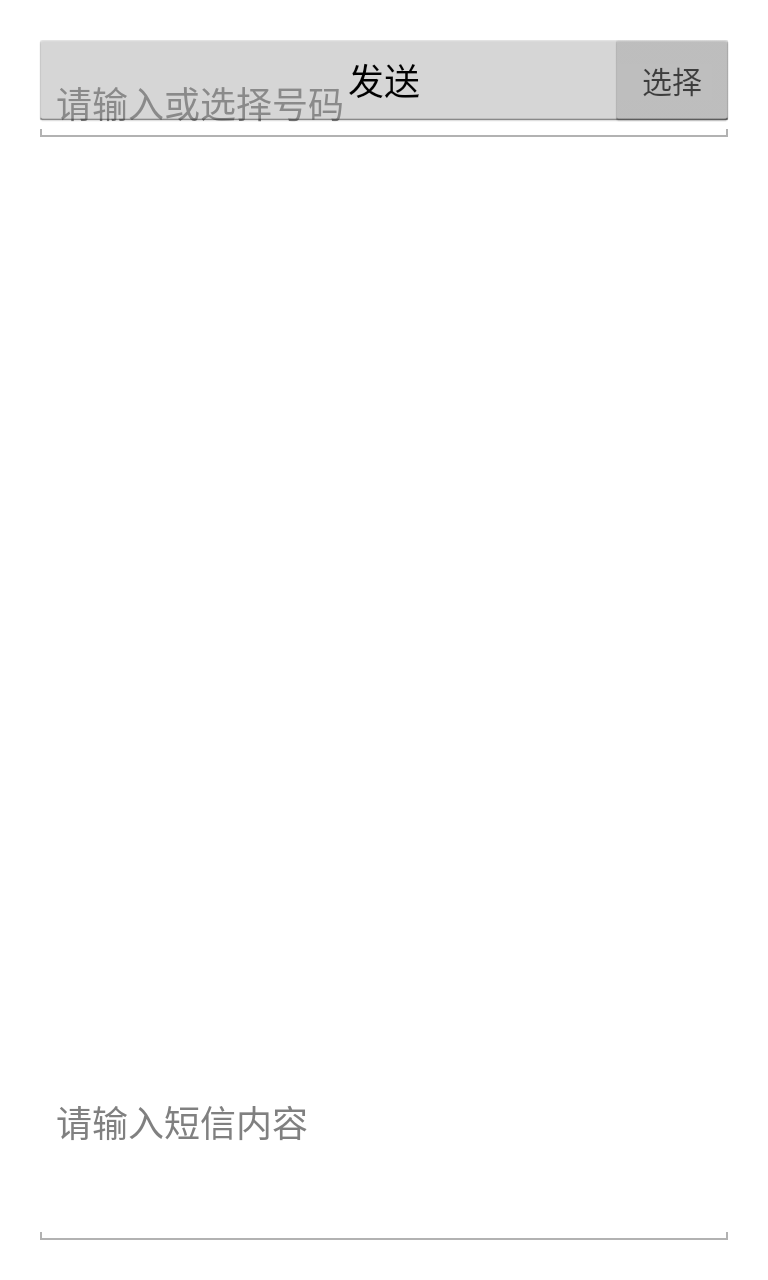
Repository: DongHuaLu/android
Layout: 26SmsSernder/res/layout/activity_main.xml
An editor plug-in stored every save of this project. The layout is shown before and after a run of saves, followed by the edit.
It is drawn on a 768 x 1280 px phone screen (xhdpi) without system bars, with theme AppTheme; the app's code is not run.

Above is the layout before, as saved 2013-08-29 02:56:24.

After the next 2 saves:
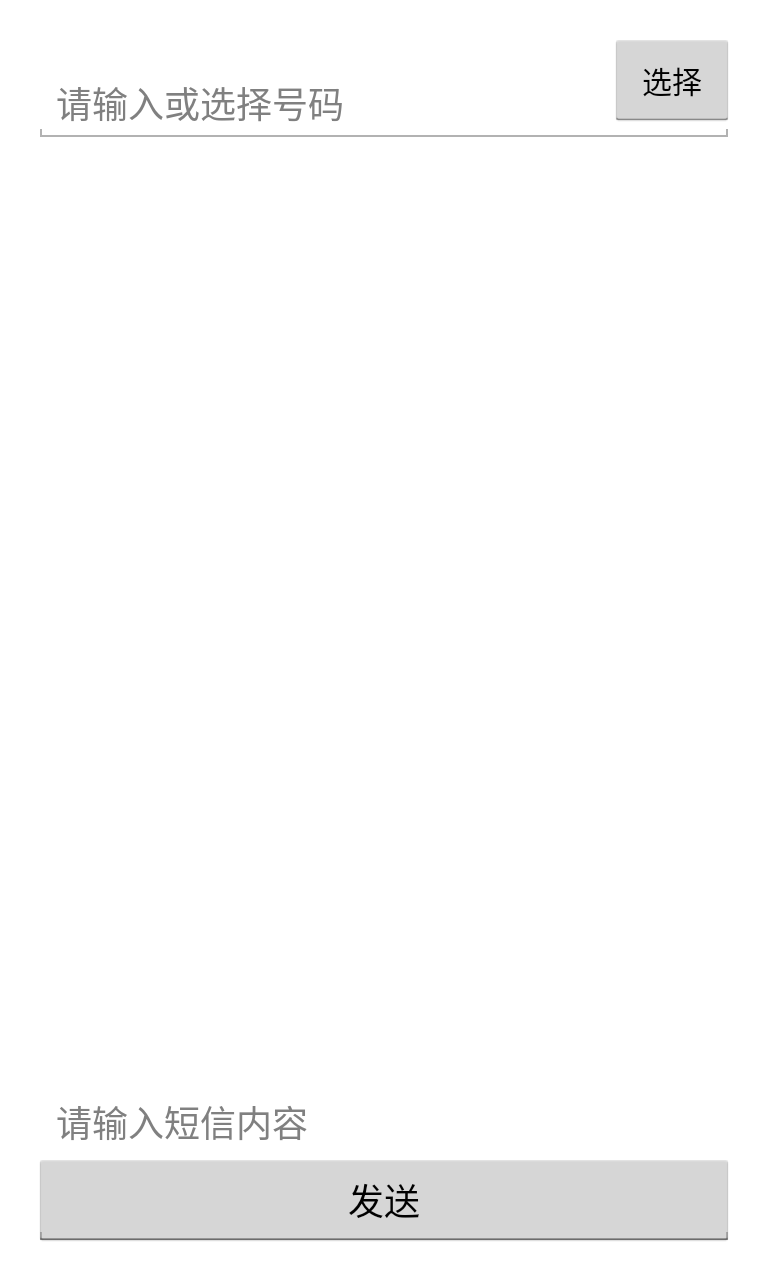
The 2 saves are shown as one change because they came seconds apart.
The last was saved 8 s later.
--- a/26SmsSernder/res/layout/activity_main.xml
+++ b/26SmsSernder/res/layout/activity_main.xml
@@ -30,9 +30,9 @@
     </RelativeLayout>
 
     <EditText
-        android:layout_alignParentBottom="true"
         android:layout_width="fill_parent"
         android:layout_height="wrap_content"
+        android:layout_alignParentBottom="true"
         android:hint="请输入短信内容"
         android:minLines="5" >
     </EditText>
@@ -40,6 +40,7 @@
     <Button
         android:layout_width="fill_parent"
         android:layout_height="wrap_content"
+        android:layout_alignParentBottom="true"
         android:text="发送" />
 
 </RelativeLayout>
